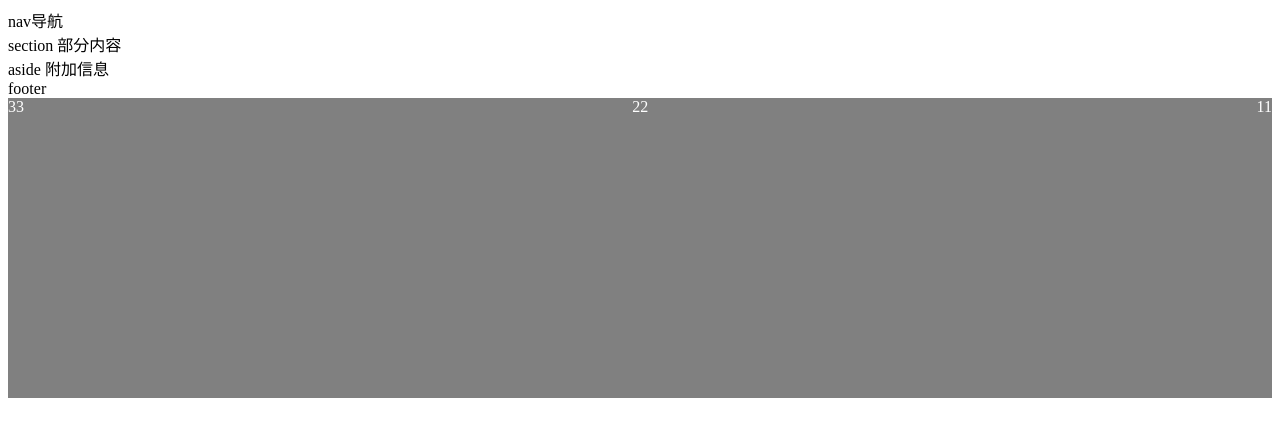
Repository: huangjianeng/front-end-study
Page: vue原理/html/flex.html
These files come from the project's save history. The page is drawn as it stood at one moment and after the next save; the edit follows.
The browser window is 1280 px wide. The pictures show the whole page.

Above is the page before, as saved 2020-07-31 10:53:55.

### vue原理/html/flex.html
<header>
    <nav>nav导航</nav>
</header>
<section>section  部分内容</section>
<aside>aside 附加信息</aside>
<footer>footer</footer>
<div class="flex-wrap">
    <div>11</div>
    <div>22</div>
    <div>33</div>
</div>

<style>
    header{
        display: flex;
    }
    nav{

    }
    .flex-wrap{
        width: 100%;
        height: 300px;
        background-color: grey;
        display: flex;
        justify-content: space-between;
        flex-direction: row-reverse;
    }
    .flex-wrap>div{
        color: white;
    }
</style>

After the next save:
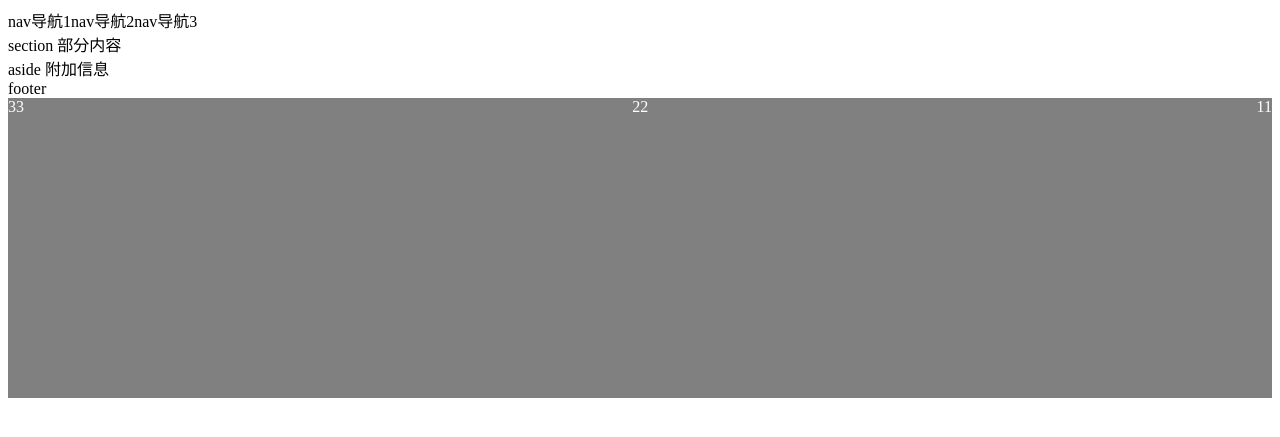
Saved 10 s later.
--- a/vue原理/html/flex.html
+++ b/vue原理/html/flex.html
@@ -1,5 +1,7 @@
 <header>
-    <nav>nav导航</nav>
+    <nav>nav导航1</nav>
+    <nav>nav导航2</nav>
+    <nav>nav导航3</nav>
 </header>
 <section>section  部分内容</section>
 <aside>aside 附加信息</aside>
